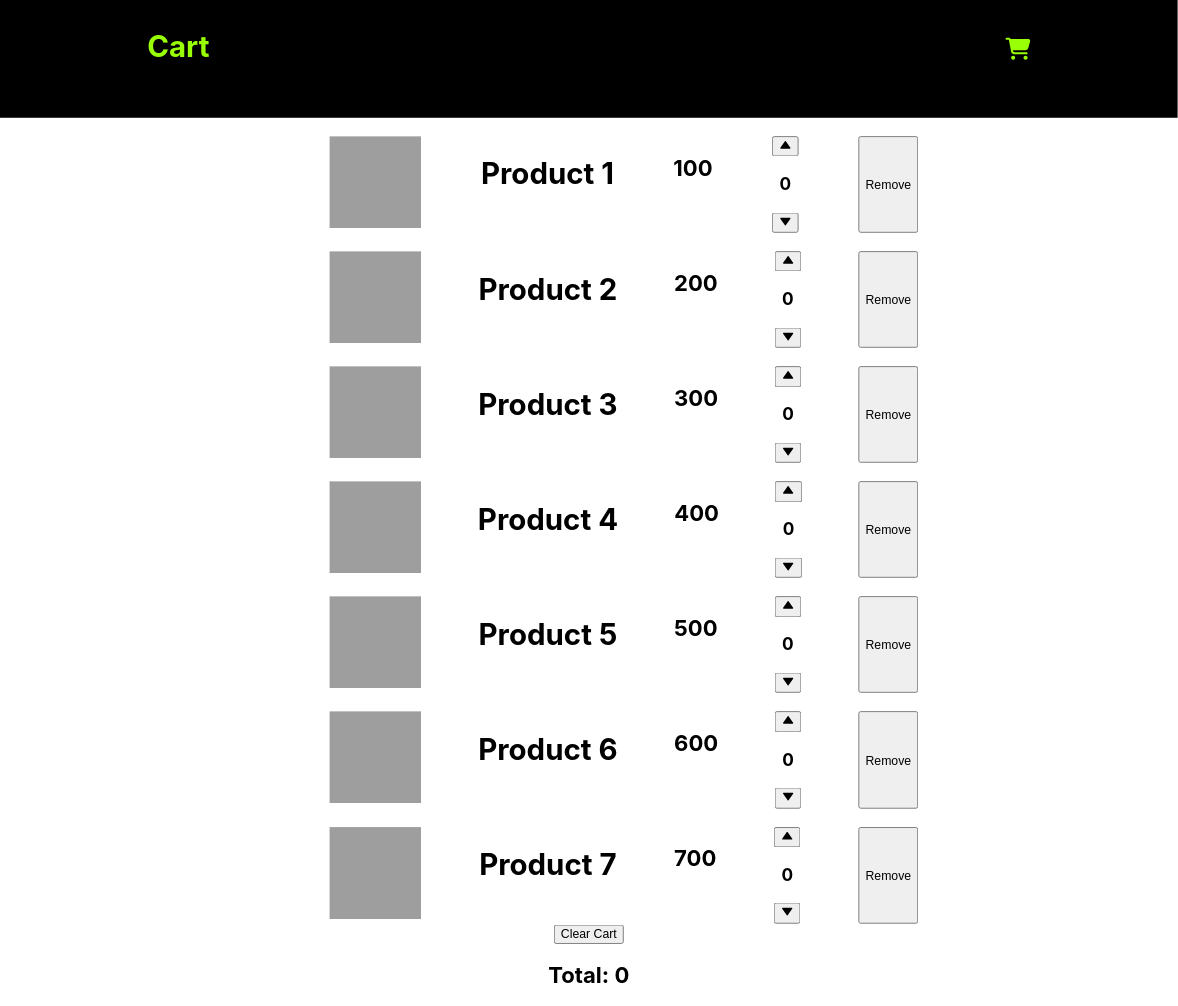
Repository: sriram1224/Cart-react-app
Page: /
An editor plug-in stored every save of this project. The page is shown before and after the next save, followed by the edit.
The browser window is 1280 px wide. The pictures show the whole page, at 92% of full size.
Pictures or frames that could not be fetched are drawn as grey boxes. The project was rebuilt for these pictures with package versions that can differ from the ones it lists, and the page was loaded fresh each time.

Above is the page before, as saved 2024-03-12 22:04:00.

After the next save:
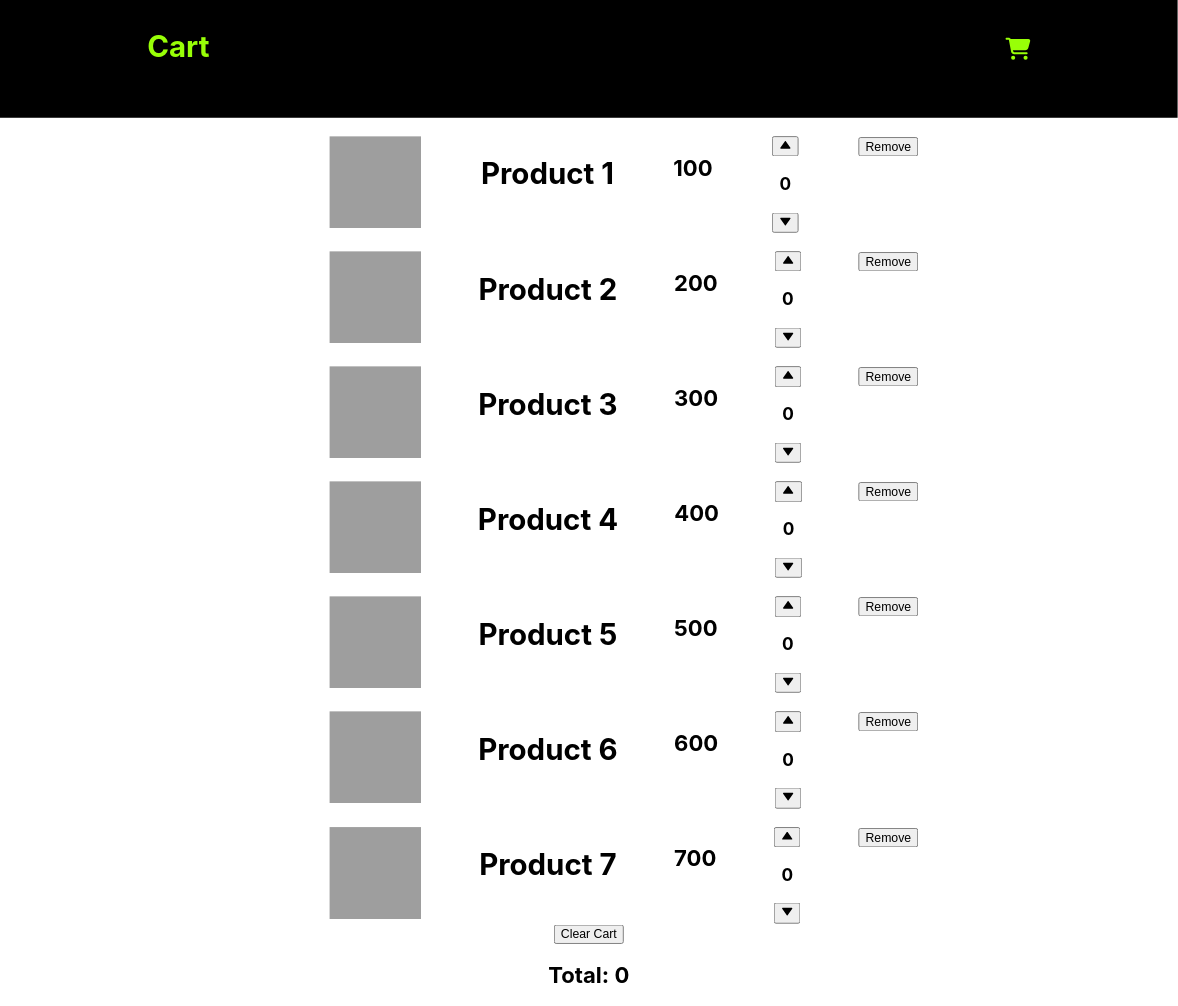
Saved 29 s later.
--- a/src/Components/cart.js
+++ b/src/Components/cart.js
@@ -81,8 +81,9 @@ function Cart() {
                                     <BiSolidDownArrow />
                                 </button>
                             </div>
+                            <div>
                             <button onClick={() => removeFromCart(index)}>Remove</button>
-                        </div>
+                        </div></div>
                     );
                 })}
                 <button onClick={clearCart}>Clear Cart</button>
